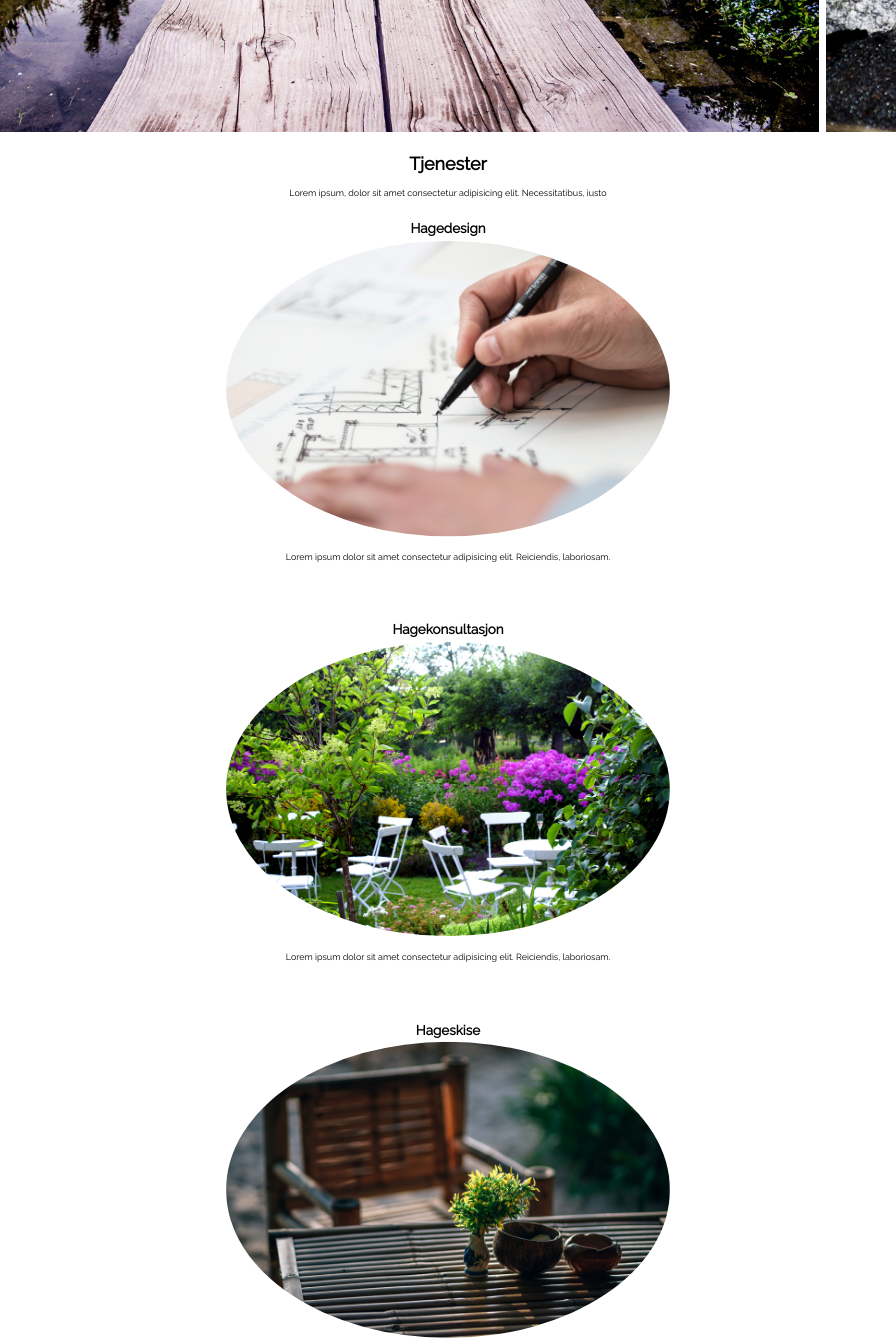
Repository: marinazzz/garden-design-website
Page: Garden design website/index.html
The author's editor kept a copy of each file at every save. The page is drawn from the files as they stood at one save, then again after the next save.
The browser window is 1280 px wide. The pictures show the part of the page from y = 795 to 2715 px (the page is 2920 px tall before and 2923 px after), at 70% of full size.

Above is the page before, as saved 2020-03-31 10:40:12.

### Garden design website/index.html
<!DOCTYPE html>
<html lang="nb">
<head>
    <title>Hagedesign Oslo</title>
    <link rel="stylesheet" type="text/css" href="CSS/fontawesome-free-5.12.1-web/css/all.min.css">
    <link rel="stylesheet" type="text/css" href="CSS/style.css"/>
    <link rel="stylesheet" type="text/css" href="CSS/min-width-768px.css">
    <link rel="stylesheet" type="text/css" href="CSS/min-width-992px.css">
    <link rel="stylesheet" href="https://cdnjs.cloudflare.com/ajax/libs/animate.css/3.7.2/animate.min.css">
    <link rel="stylesheet" type="text/css" href="PLUGINS/glide-master/dist/css/glide.core.min.css" />
    <link rel="stylesheet" type="text/css" href="PLUGINS/glide-master/dist/css/glide.theme.min.css" />
    <link href="https://fonts.googleapis.com/css?family=Raleway&display=swap" rel="stylesheet">
    <meta name="viewport" content="width=device-width, initial-scale=1" charset="UTF-8">
</head>
<body>
    <header class="header--white-green">
        <div class="wrapper">
        <div class="container__menu--small container__menu"> <!--grid container-->
            <div class="container__logo"> <!--1.column-->
                <img class="logo"src="images/prohage black.png" alt="Prohage logo">
            </div>
            <div class="container__items--small container__items"> <!--2.column-->
                <div class="container__item"> <!--1.row-->
                     <a href="mailto:info@prohage.no"
                         class ="container__item-txt"><i class="far fa-envelope"></i>info@prohage.no</a>
                     <a href="tlf:45511111"
                         class="container__item-txt"><i class="fas fa-phone"></i>45511111</a>
                </div>
               <div class="container__item-bottom"> <!--2.row-->
                   <button class="menu__toggle">
                       <i class="fas fa-bars"></i>
                   </button>
                   <nav id="menu">
                        <ul class="menu__list">
                            <li class="menu__item">
                                <a class="menu__link" href="home">Home</a>
                            </li>
                            <li class="menu__item">
                                <a class="menu__link" href="#services">Våre tjenester</a>
                            </li>
                            <li class="menu__item">
                                <a class="menu__link" href="#gallery">Galleri</a>
                            </li>
                            <li class="menu__item">
                                <a class="menu__link" href="#about">Om oss</a>
                            </li>
                            <li class="menu__item">
                                <a class="menu__link" href="#blog">Blogg</a>
                            </li>
                            <li class="menu__item">
                                <a class="menu__link" href="kontakt">Kontakt</a>
                            </li>
                       </ul>
                   </nav>
               </div>
            </div>
            </div>
        </div>
        <section id="main-photo">
            <div class="glide">
                <div class="glide__track"
                     data-glide-el="track">
                    <ul class="glide__slides">
                        <li class="glide__slide">
                            <img class="main-photo__item"
                                 srcset="images/daylight-environment-garden-2000.jpg 2000w,
                                         images/daylight-environment-garden-1000.jpg 1000w"
                                 sizes="(min-width: 1440px) 2000px, 100vw"
                                 src="images/daylight-environment-garden-2000.jpg" alt="Garden and plants" />
                                 <h1 class="main-photo__title">Profesjonell hagehjelp</h1>
                        </li>
                        <li class="glide__slide">
                            <img class="main-photo__item"
                                 srcset="images/main-header-photo-2000.jpg 2000w,
                                          images/main-header-photo-1000.jpg 1000w"
                                 sizes="(min-width: 1440px) 2000px, 100vw"
                                 src="images/main-header-photo-2000.jpg" alt="Garden and plants" />
                                 <h1 class="main-photo__title">Ta kontakt allerede idag</h1>
                                </li>
                        <li class="glide__slide">
                            <img class="main-photo__item"
                                 srcset="images/header-photo-2000.jpg 2000w,
                                         images/header-photo-1000.jpg 1000w"
                                 sizes="(min-width: 1440px) 2000px, 100vw"
                                 src="images/header-photo-2000.jpg" alt="Garden designed by proffesional" />
                                 <h1 class="main-photo__title">Rådgiving og tipser</h1>
                        </li>
                        <li class="glide__slide">
                            <img class="main-photo__item"
                                 srcset="images/bloom-blooming-blur-2000.jpg 2000w,
                                         images/bloom-blooming-blur-1000.jpg 1000w"
                                 sizes="(min-width: 1440px) 2000px, 100vw"
                                 src="images/bloom-blooming-blur-2000.jpg" alt="Garden designed by proffesional" />
                                 <h1 class="main-photo__title">Følg vår hageblogg</h1>
                        </li>
                    </ul>
                </div>
                <!--<div class="glide__arrows"
                         data-glide-el="controls">
                        <button class="glide__arrow glide__arrow--left"
                                data-glide-dir="<">
                            <i class="fas fa-chevron-circle-left"></i>
                        </button>
                        <button class="glide__arrow glide__arrow--right"
                                data-glide-dir=">">
                            <i class="fas fa-chevron-circle-right"></i>
                        </button>
                    </div>-->
            </div>

            <!--<img class="main-photo__item1"
                 srcset="images/architecture-clouds-daylight-2000.jpg 2000w,
                         images/architecture-clouds-daylight-1000.jpg 1000w"
                 sizes="(min-width: 1440px) 2000px, 100vw"
                 src="images/architecture-clouds-daylight-2000.jpg" alt="Garden">
            <img class="main-photo__item2"
                 srcset="images/header-photo-2000.jpg 2000w,
                         images/header-photo-1000.jpg 1000w"
                 sizes="(min-width: 1440px) 2000px, 100vw"
                 src="images/header-photo-2000.jpg" alt="Garden designed by proffesional" >
            <img class="main-photo__item3"
                 srcset="images/main-header-photo-2000.jpg 2000w,
                         images/main-header-photo-1000.jpg 1000w"
                 sizes="(min-width: 1440px) 2000px, 100vw"
                 src="images/main-header-photo-2000.jpg" alt="Garden and plants" >
            <h1 class="main-photo__title">Profesjonell hagehjelp</h1>-->
        </section>
     </header>
     <main>
         <section id="services">
            <h1 class="services-title">Tjenester</h1>
            <p class="services-txt">Lorem ipsum, dolor sit amet consectetur adipisicing elit. Necessitatibus, iusto</p>
            <section class="services-item">
                <h2 class="services-item-title">Hagedesign</h2>
                <img class="services-photo" src="images/person-holding-black-pen-1109541.jpg" alt="Hagedesigner tegner">
                <p class="services-txt">Lorem ipsum dolor sit amet consectetur adipisicing elit. Reiciendis, laboriosam.</p>
                <button class="services-toggle">les mer</button>
            </section>
            <section class="services-item">
                <h2 class= "services-item-title">Hagekonsultasjon</h2>
                <img class="services-photo" src="images/colorful-garden-1226667-1919x1272.jpg" alt="Hagekonsultasjon med hagedesigner">
                <p class="services-txt">Lorem ipsum dolor sit amet consectetur adipisicing elit. Reiciendis, laboriosam.</p>
                <button class="services-toggle">les mer</button>
            </section>
            <section class="services-item">
                <h2 class="services-item-title">Hageskise</h2>
                <img class="services-photo" src="images/selective-focus-photography-of-green-leafed-plant-on-table-1424464.jpg" alt="Hagedesigner hjelp">
                <p class="services-txt">Lorem ipsum dolor sit amet consectetur adipisicing elit. Reiciendis, laboriosam.</p>
                <button class="services-toggle">les mer</button>
            </section>
         </section>
         <section id="gallery">

        </section>
         <article id="blog-posts">
             <h3>Title of blog</h2>
             <p>Blog post text</p>
         </article>
         <section id="about oss">

        </section>
     </main>
     <footer>
	     <p>designed by Marina Zujic
		     <a href="https://github.com/marinazzz">github.com/marinazzz</a>
	     </p>
     </footer>
     <script src="PLUGINS/glide-master/dist/glide.min.js"></script>
     <script>
        new Glide('.glide', {
            type: 'carousel',
            autoplay: true,
            hoverpause: false,
            perView: 1,
            direction: 'rtl',
            animationDuration: 10000
        }).mount()
      </script>
     <script src="JS/js-app.js"></script>
</body>
</html>

### Garden design website/CSS/style.css
html {
  font-size: 62.5%;
}

body {
  margin: 0;
  padding: 0;
  text-align: center;
  box-sizing: border-box;
  font-family: 'Raleway', sans-serif;
}

       /*__ HEADER__ */

/*color styles*/
.header--white-green {
  --header-bg-color: #528C36;
  --header-link-color: black;
  --header-menu-link: #fff;
  --header-toggle-color: #528C36;
}

/*main style*/
.container__menu--small {
  display: flex;
  justify-content: space-around;
  box-shadow: 0 0 2rem 0 rgba(0, 0, 0, 0.24), 0 0 30rem 0 rgba(0, 0, 0, 0.2);
}

.logo {
  max-height: 8rem;
  background: white;
}

.container__items--small {
  display: grid;
  grid-template-rows: 1fr 1fr;
  align-content: flex-end;
  width: 250px;
}

.container__item {
  align-self: center;
}

.container__item,
.container__item-bottom {
  text-align: end;
}

.container__item-txt {
  color: var(--header-link-color);
  text-decoration: none;
  font-size: 1.2rem;
}

.container__item > a:first-of-type {
  padding-right: 1.6rem;
}

.container__item-bottom > nav {
  text-align: center;
}

.menu__toggle {
  color: var(--header-bg-color);
  box-sizing: border-box;
  border: none;
  background-color: transparent;
  outline: none;
  font-size: 3rem;
  line-height: 0;
  padding: 0.5rem;
  color: var(--header-toggle-color);
  position: relative;
  z-index: 100;
}

.fa-phone,
.fa-envelope {
  margin-right: 1rem;
}


/* MENU */

#menu {
  display: none;
  position: absolute;
  top: auto;
  left: 0;
  width: 100%;
  padding-top: 1rem;
  background-color: var(--header-bg-color);
  z-index: 20;
}

.menu__list {
  padding: 0;
  margin: 0;
  display: flex;
  flex-direction: column;
}

.menu__item {
  display: block;
  margin-bottom: 1rem;
}

.menu__link {
  color: var(--header-menu-link);
  text-decoration: none;
  font-size: 1.4rem;
}

#menu.menu-opened {
  display: block;
}


/*FOR SMALL DEVICES*/

@media screen and (max-width: 420px) {

  .logo {
    max-height: 7rem;
  }

  .container__items--small {
    width: auto;
    align-self: center;
  }

  .container__item > a:first-of-type {
    padding-right: 1.3rem;
  }

  .container__item {
    text-align: center;
  }

  .fa-phone, .fa-envelope {
    margin-right: 0.3rem;
  }
}

/* MAIN PICTURE */

#main-photo {
  width: 100%;
  padding-top: 1rem;
}

.main-photo__title {
  position: absolute;
  color: white;
  background-color:#524a4a3b;
  border: 0.1rem solid white;
  filter: drop-shadow(2px 4px 6px black);
  padding: 2rem;
  margin: 0 auto;
  font-size: 1.5rem;
  letter-spacing: 0.2rem;
  top: 50%;
  left: 50%;
  transform: translate(-50%, -50%);
}



/* GLIDE SLIDER CSS OVERRIDES */

.glide__slides {
  margin: 0;
}

.glide__slide {
  position: relative;
}

/*#main-photo .glide__arrow  {
  font-size: 4rem;
  padding: 0;
  border-color: transparent;
  box-shadow: none;
  border-radius: 50%;
  line-height: 0;
  transition: all 200ms ease-in-out;
}

#main-photo .glide__arrow:hover {
  border-color: #252525;
  color: #252525;
}*/



/*#main-photo {
  position: relative;
}

.main-photo__item {
   width: 100%;
}

.main-photo__title {
  position: absolute;
  bottom: 1rem;
  left: 20rem;
  font-size: 2rem;
}*/



/*1. COLOR OPTION*/
/* CSS variables*/
/* :root {
  --header-bg-color: #4daa57;
  --header-top-bg-color: #252525;
  --header-toggle-color: #fff;
}*/

/*.top-header__item {
  color: var(--header-link-color);
  text-decoration: none;
  font-size: 1.4rem;
}*/


/*------MAIN----------*/

/* SECTIONS */

/*Common styles for sections*/

/*color styles*/
.section--white-green {
  --section-border-color: #528C36;
  --section-h2-color: #528C36;
  --buttons-services-color: #528C36;
}

/*layout*/
#services, #gallery, #reviews, #about {
  padding: 0.5rem;
}

.services-title, .gallery-title, .about-title {
  font-size: 2rem;
  margin: 0 9rem;
  padding-top: 1.6rem;
  border-bottom: var(--section-border-color) solid 0.25rem;
}

/* SECTION SERVICES */

.services-txt {
  margin: 0;
  padding-top: 1.5rem;
}
.services-item {
  padding-top: 2rem;
}

.services-item-title {
  margin: 0.5rem 0 0.5rem 0;
}

.services-photo {
  overflow: hidden;
  border-radius: 50%;
  width: 50%;
}

.services-item-title {
  color: var(--section-h2-color);
}

.services-toggle {
  background: var(--buttons-services-color);
  border-radius: 2rem;
  box-sizing: border-box;
  border: none;
  font-size: 1rem;
  padding: 0.5rem;
  margin: 1rem;
  color: #fff;
}

### Garden design website/CSS/min-width-768px.css
@media screen and (min-width: 768px) {

  html {
    font-size: 70%;
  }

   /* HEADER */


   .container__menu,
   .container__items {
    display: grid;
   }

   .container__menu {
    grid-template-columns: 2fr 80%;
    box-shadow: 0 0 2rem 0 rgba(0, 0, 0, 0.62), 0 0 30rem 0 rgba(0, 0, 0, 0.19);
  }

  .container__items {
    grid-template-rows: 1fr 1fr;
    background: var(--header-bg-color);
    width: auto;
  }

  .container__item,
  .container__item-bottom {
    display: flex;
  }

  .container__item {
    align-self: center;
    justify-content: space-around;
    /*padding-left: 23rem;*/
  }

  .container__item > a:first-of-type {
    padding-left: 10rem;
  }

  .container__item-bottom {
    align-items: center;
  }

  .menu__toggle {
    display: none;
  }

  /* NAVIGATION */

  #menu,
  .menu-opened .menu__item .menu__link {
    display: block;
  }

  #menu {
    position: static;
    padding: 0;
    top: 0;
  }

  #menu,
  .menu_list {
    height: 100%;
  }

  .menu__list {
    height: 100%;
    flex-direction: row;
    justify-content: center;
    align-items: center;
    padding-left: 5rem;
  }

  .menu__item {
    height: 100%;
    display: block;
    flex-grow: 1;
    margin: 0;
    line-height: 4.5rem;
  }

  .menu__item:hover {
    background-color:#272727;
  }

  .menu__link:active {
    color:black;
  }

  .menu__link,
  .container__item-txt {
    font-weight: bold;
  }

  /* color styles */

  :root {
    /*header*/
    --header-bg-color:#528C36;
    --link-color: #FCFDF9;
  }

  /* MAIN PHOTO */

  .main-photo__title {
    font-size: 2rem;
    letter-spacing: 0.3rem;
}

}

### Garden design website/CSS/min-width-992px.css
@media screen and (min-width: 992px) {
    html {
        font-size: 80%;
    }

   /* HEADER */

    .logo {
        max-height: 9rem;
    }

    .container__items {
        width: auto;
    }

    .container__item {
        padding-left: 22rem;;
    }

    .container__item-bottom,
    .container__items {
        padding: 0;
    }

    #menu {
        padding-left: 10rem;
    }
}

@media screen and (min-width: 1440px) {

    /* HEADER */
    .container__menu {
        max-width: 1500px;
        margin: 0 auto;
    }

    .container__item {
        padding-left: 47rem;;
    }

    #menu {
        padding-left: 30rem;
    }


    /* MAIN PHOTO */

    .main-photo__title {
        font-size: 3rem;
        letter-spacing: 0.5rem;
    }
}

@media screen and (min-width: 2560px) {

    .logo {
        max-height: 12rem;
    }

    .container__item {
        justify-self: center;
    }

    .container__item > a:first-of-type {
        padding: 0 13rem;
    }

    .container__item-bottom {
        padding: 0 40rem;
    }

    /*content on middle*/

    .container__menu {
        max-width: 2000px;
    }

    .container__item-bottom,
    .container__items {
        padding: 0;
    }

    #menu,
    .container__item {
        padding-left: 50rem;
    }
}

### Garden design website/JS/js-app.js
let mainNav = document.getElementById("menu");

let navBarToggle = document.querySelector(".menu__toggle");

navBarToggle.addEventListener("click", function () {

    mainNav.classList.toggle("menu-opened");
});

Loaded but not shown: Garden design website/CSS/fontawesome-free-5.12.1-web/css/all.min.css (library); Garden design website/PLUGINS/glide-master/dist/css/glide.core.min.css (common file); Garden design website/PLUGINS/glide-master/dist/css/glide.theme.min.css (common file); Garden design website/PLUGINS/glide-master/dist/glide.min.js (library)

After the next save:
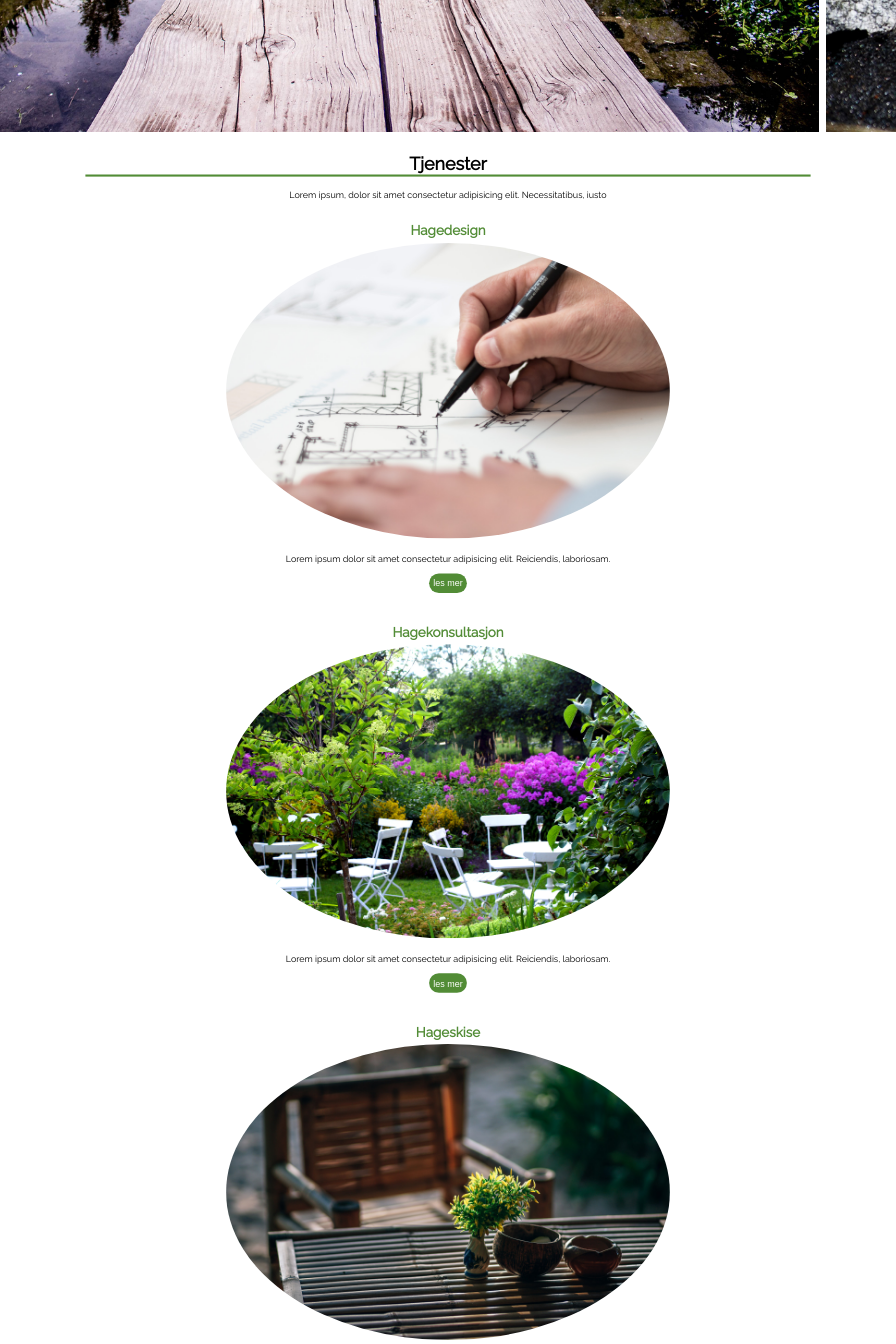
Saved 4 min 16 s later.
--- a/Garden design website/index.html
+++ b/Garden design website/index.html
@@ -127,7 +127,7 @@
         </section>
      </header>
      <main>
-         <section id="services">
+         <section id="services" class="section--white-green">
             <h1 class="services-title">Tjenester</h1>
             <p class="services-txt">Lorem ipsum, dolor sit amet consectetur adipisicing elit. Necessitatibus, iusto</p>
             <section class="services-item">
